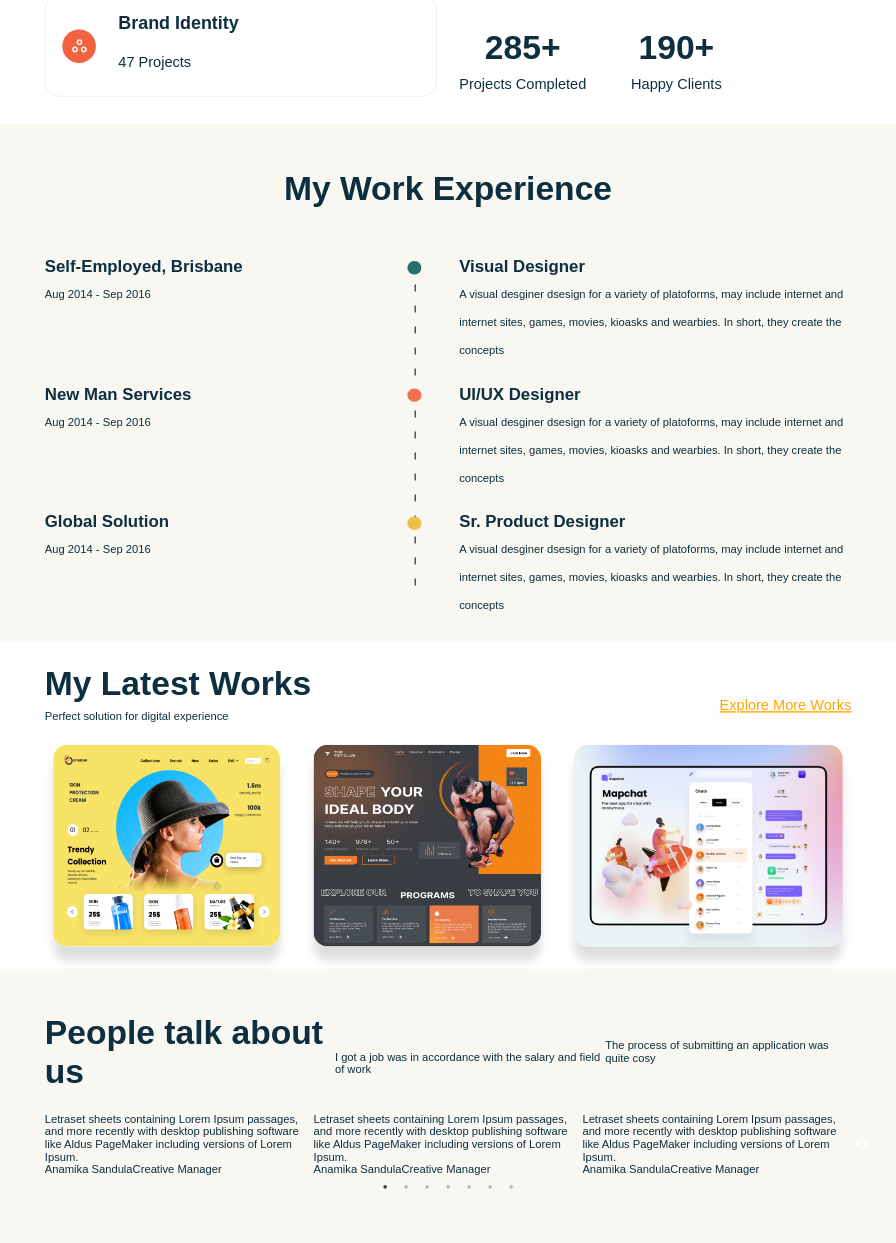
Repository: davedeguia/framer-motion-portfolio
Page: /
The author's editor kept a copy of each file at every save. The page is drawn from the files as they stood at one save, then again after the next save.
The browser window is 1280 px wide. The pictures show the part of the page from y = 970 to 2890 px (the page is 2746 px tall before and 2890 px after), at 70% of full size.
Some web fonts or font styles are not loaded; a fallback is used. Some web libraries are served in a nearby version. The project was rebuilt for these pictures with package versions that can differ from the ones it lists, and the page was loaded fresh each time. Also part of the build but not shown: vite.config.js, src/components/People/People.module.scss.

Above is the page before, as saved 2023-02-10 22:52:44.

After the next save:
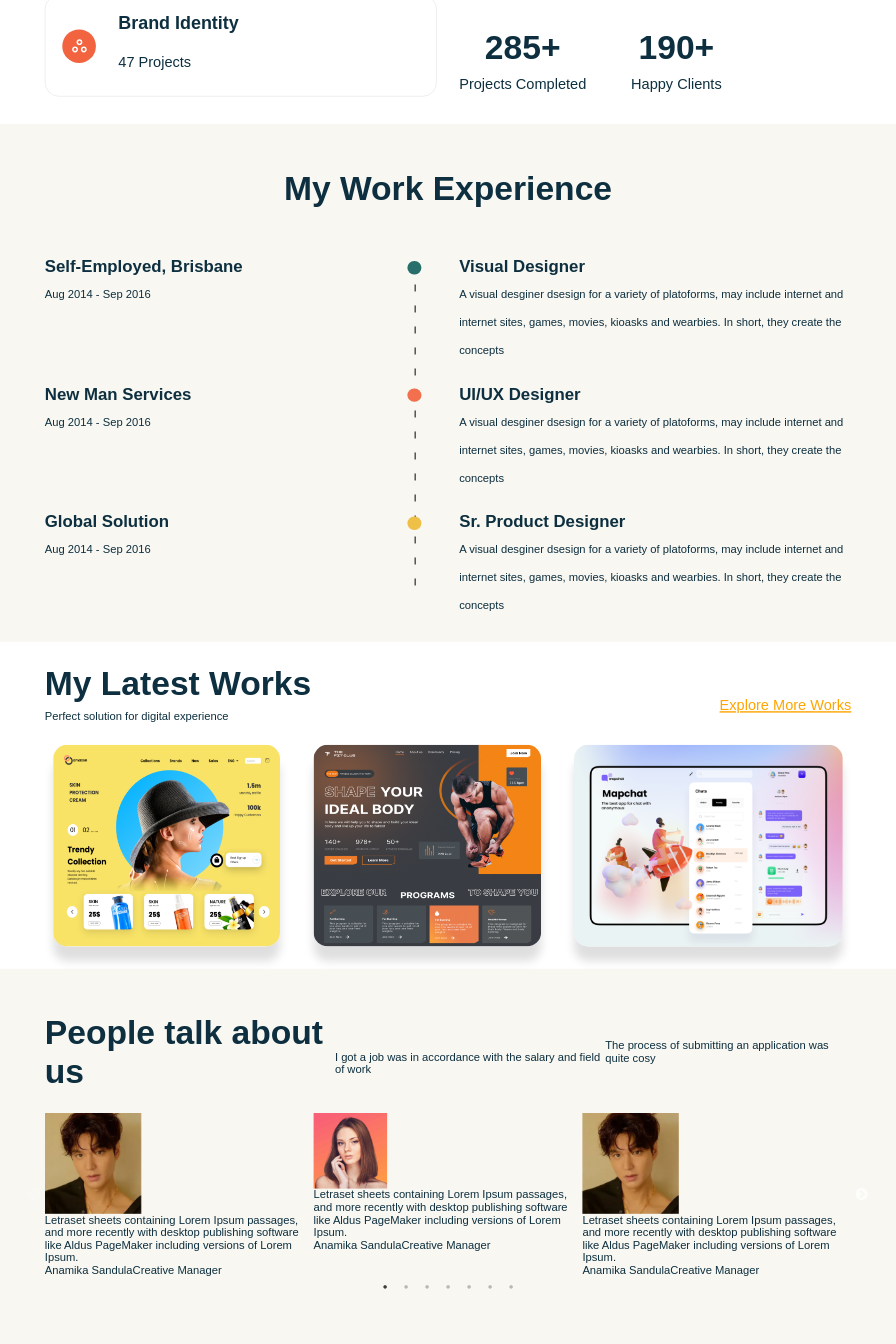
Saved 116 s later.
--- a/src/components/People/People.jsx
+++ b/src/components/People/People.jsx
@@ -30,7 +30,7 @@ const People = () => {
             {comments.map((comment, i) => {
               return (
                 <div className={`flexCenter ${css.comment}`} key={i}>
-                  <img src={css.img} alt='' />
+                  <img src={comment.img} alt='' />
                   <p>{comment.comment}</p>
                   <div className={css.line}></div>
                   <div className={css.bio}>
